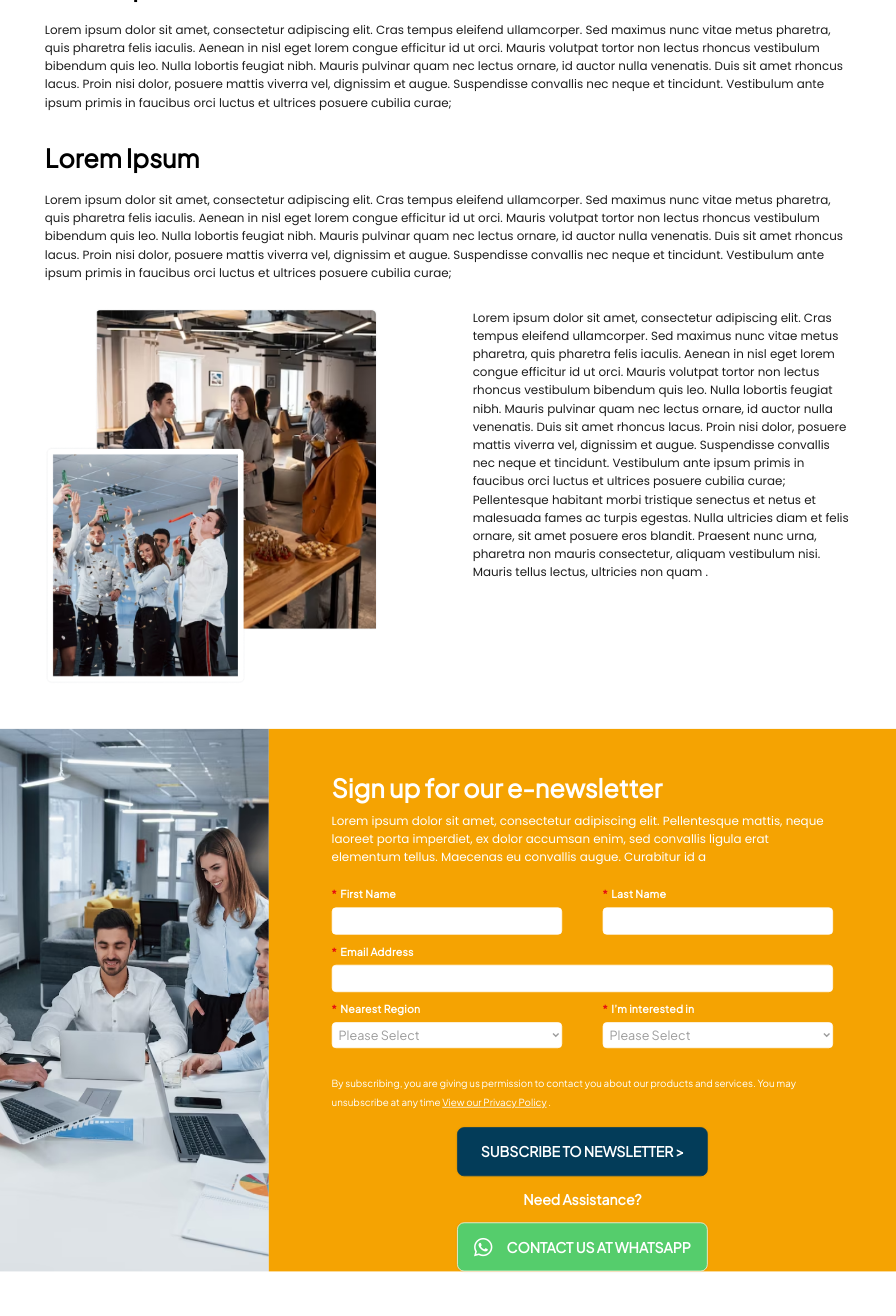
Repository: Akash8377/Hospitality-website
Page: /about-us
The author's editor kept a copy of each file at every save. The page is drawn from the files as they stood at one save, then again after the next save.
The browser window is 1280 px wide. The pictures show the part of the page from y = 766 to 2686 px (the page is 2646 px tall before and 2686 px after), at 70% of full size.
Some web libraries are served in a nearby version. The project was rebuilt for these pictures with package versions that can differ from the ones it lists, and the page was loaded fresh each time. Also part of the build but not shown: src/Component/Partial/heading-cont.js, src/Component/Shared/about-us.js, src/Component/Shared/Banner.js, src/Component/Shared/popular-jobs.js, src/Component/Sliders/ServiceSlider.js, src/Component/Sliders/ReviewSlider.js, src/Component/Partial/index-banner.js, src/Component/Partial/index-buisness-banner.js and 2 more.

Above is the page before, as saved 2023-07-07 12:24:01.

### public/index.html
<!-- @format -->

<!DOCTYPE html>
<html lang="en">
  <head>
    <meta charset="utf-8" />
    <link rel="icon" href="%PUBLIC_URL%/favicon.ico" />
    <meta name="viewport" content="width=device-width, initial-scale=1" />
    <meta name="theme-color" content="#000000" />
    <meta
      name="description"
      content="Web site created using create-react-app"
    />
    <link rel="apple-touch-icon" href="%PUBLIC_URL%/logo192.png" />
    <link rel="manifest" href="%PUBLIC_URL%/manifest.json" />

    <link rel="preconnect" href="https://fonts.googleapis.com" />
    <link rel="preconnect" href="https://fonts.gstatic.com" crossorigin />
    <link href="https://fonts.googleapis.com/css2?family=Plus+Jakarta+Sans&family=Poppins&display=swap" rel="stylesheet">
    <title>React App</title>
  </head>
  <body>
    <noscript>You need to enable JavaScript to run this app.</noscript>
    <div id="root"></div>
  </body>
  <script src="https://kit.fontawesome.com/b533b351e4.js" crossorigin="anonymous"></script>
</html>

### src/index.css
/** @format */

body {
  margin: 0;
  padding: 0;
  font-family: -apple-system, BlinkMacSystemFont, "Segoe UI", "Roboto", "Oxygen",
    "Ubuntu", "Cantarell", "Fira Sans", "Droid Sans", "Helvetica Neue",
    sans-serif;
  -webkit-font-smoothing: antialiased;
  -moz-osx-font-smoothing: grayscale;
}

code {
  font-family: source-code-pro, Menlo, Monaco, Consolas, "Courier New",
    monospace;
}

### src/Css/Navbar.css
/** @format */

.Navbar {
  display: flex;
  justify-content: space-evenly;
  box-shadow: 0px 10px 30px 0px rgba(0, 0, 0, 0.25);
  background-color: #033c59;
  padding: 20px;
  align-items: center;
}
.Navbar .main {
  width: 15%;
  text-align: center;
}
.Navbar .main a {
  text-decoration: none;
  color: #fff;
  font-size: 20px;
  font-family: Plus Jakarta Sans;
  font-style: normal;
  font-weight: 400;
  line-height: 24px;
  letter-spacing: 1px;
  margin: 0;
}

.Navbar .main img {
  display: block;
  margin: auto;
  max-width: 100%;
}
.Navbar .main div {
  border-radius: 24px;
  border: 1px solid #f3f4f6;
  background: #eee;
  padding: 8px;
  display: flex;
  justify-content: space-between;
  padding-left: 10px;
  padding-right: 10px;
}
.Navbar .main div input {
  border: none;
  background-color: transparent;
  outline: none;
  color: #6b7280;
  font-size: 14px;
  font-family: Plus Jakarta Sans;
  font-style: normal;
  font-weight: 400;
  line-height: normal;
  width: 80%;
}
.Navbar .main button {
  border-radius: 8px;
  background: #f5a302;
  width: 120px;
  padding: 10px;
  color: #fff;
  text-align: center;
  font-size: 16px;
  font-family: Plus Jakarta Sans;
  font-style: normal;
  font-weight: 800;
  line-height: normal;
  outline: none;
  border: 1px solid #f5a302;
}

.Navbar .main a:focus{
    font-weight: 700;
}

### src/Component/Partial/About Us Component/Newsletter.js
/** @format */

import React from "react";

const Newsletter = () => {
  return (
    <div className="About-Us_Newsletter">
      <div className="left">
        <img src="./Image/12.png" alt="" />
      </div>
      <div className="right">
        <div className="content">
          <h5>Sign up for our e-newsletter</h5>
          <p className="desc">
            Lorem ipsum dolor sit amet, consectetur adipiscing elit.
            Pellentesque mattis, neque laoreet porta imperdiet, ex dolor
            accumsan enim, sed convallis ligula erat elementum tellus. Maecenas
            eu convallis augue. Curabitur id a
          </p>

          <form>
            <div className="Two_Inputs">
              <div>
                <label>
                  <span>*</span>First Name
                </label>
                <input type="text" />
              </div>
              <div>
                <label>
                  <span>*</span>Last Name
                </label>
                <input type="text" />
              </div>
            </div>
            <div className="Single_Input">
              <div>
                <label>
                  <span>*</span>Email Address
                </label>
                <input type="email" />
              </div>
            </div>
            <div className="Two_Inputs">
              <div>
                <label>
                  <span>*</span>Nearest Region
                </label>
                <select>
                  <option>Please Select</option>
                </select>
              </div>
              <div>
                <label>
                  <span>*</span>I’m interested in
                </label>
                <select>
                  <option>Please Select</option>
                </select>
              </div>
            </div>
          </form>

          <p className="Policy">
          By subscribing, you are giving us permission to contact you about our products and services. You may unsubscribe at any time <span>View our Privacy Policy</span> .
          </p>

          <button className="NewsLetter_Button">
          SUBSCRIBE TO NEWSLETTER  {">"}
          </button>

          <p className="Assistance_P">
          Need Assistance?
          </p>

          <button className="Whatsapp_Button">
          <i className="fa-brands fa-whatsapp"></i> CONTACT US AT WHATSAPP
          </button>

          <div className="contact_Detail">


          </div>

        </div>
      </div>
    </div>
  );
};

export default Newsletter;

Loaded but not shown: src/index.js (common file); src/Component/Partial/About Us Component/two-section.js (33 lines, source omitted); src/Component/Partial/About Us Component/Banner.js (18 lines, source omitted); src/Component/Navbar/Navbar.js (45 lines, source omitted); src/Component/Partial/About Us Component/content-description.js (12 lines, source omitted); src/Pages/AboutUs.js (23 lines, source omitted); src/App.js (24 lines, source omitted); src/Css/Lap.css (956 lines, source omitted)

After the next save:
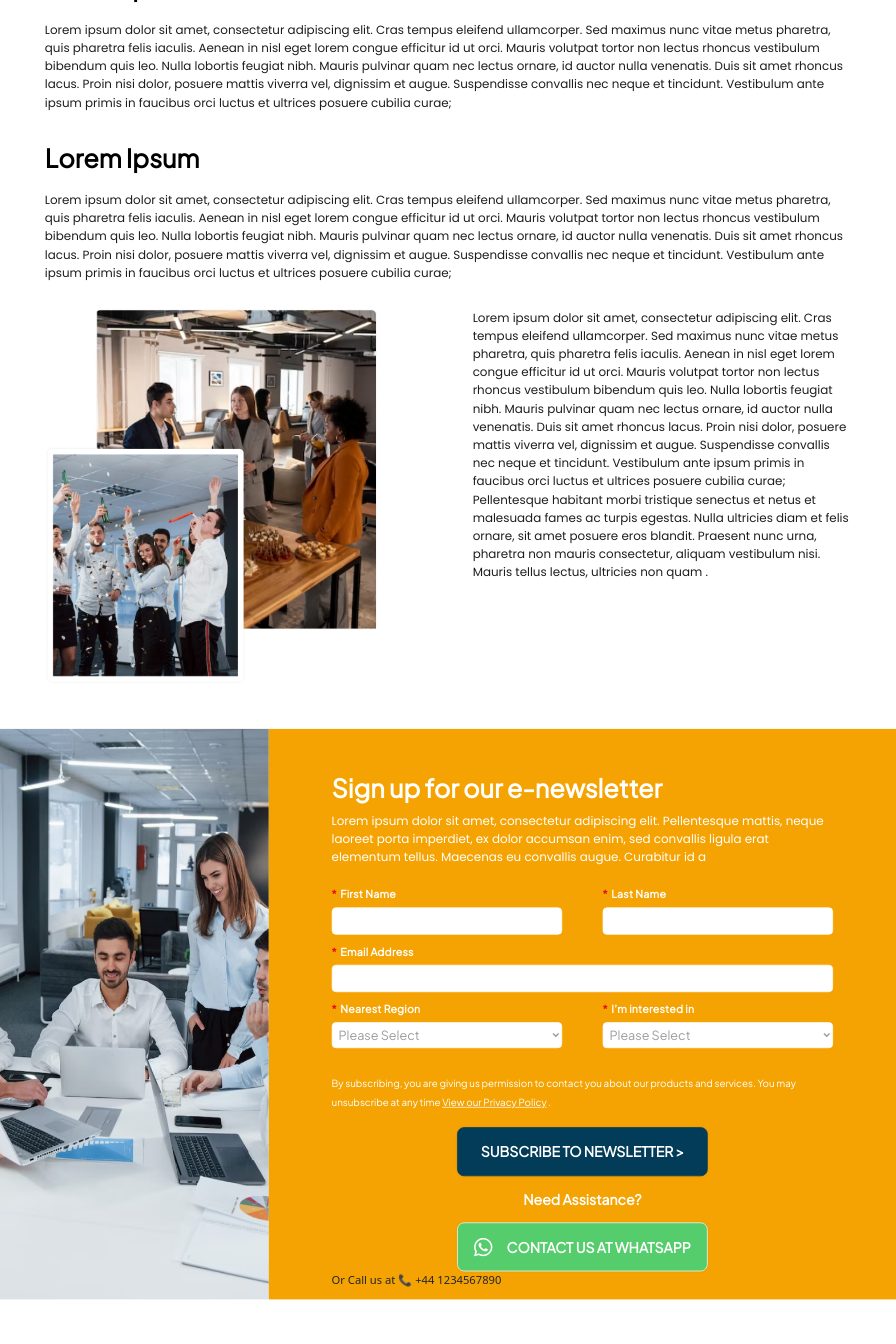
Saved 5 s later.
--- a/src/Component/Partial/About Us Component/Newsletter.js
+++ b/src/Component/Partial/About Us Component/Newsletter.js
@@ -78,7 +78,7 @@ const Newsletter = () => {
           </button>
 
           <div className="contact_Detail">
-
+          <p>Or Call us at  📞  +44 1234567890</p>
 
           </div>
 
